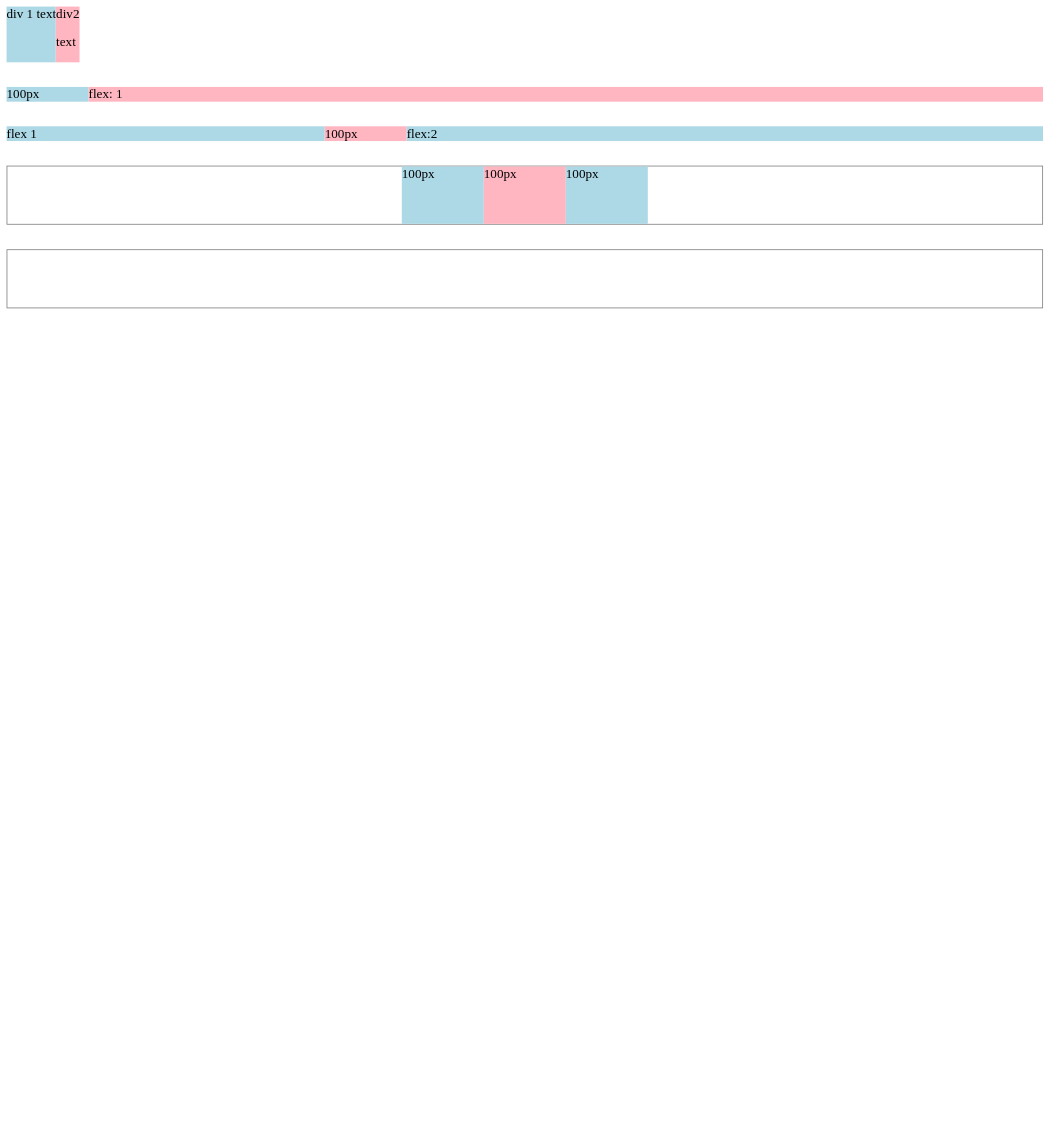
Repository: knowledgeAlan/html-css-twelve
Page: flexbox.html
These files come from the project's save history. The page is drawn as it stood at one moment and after the next save; the edit follows.
The browser window is 1280 px wide. The pictures show the whole page, at 82% of full size.

Above is the page before, as saved 2024-03-11 17:24:48.

After the next save:
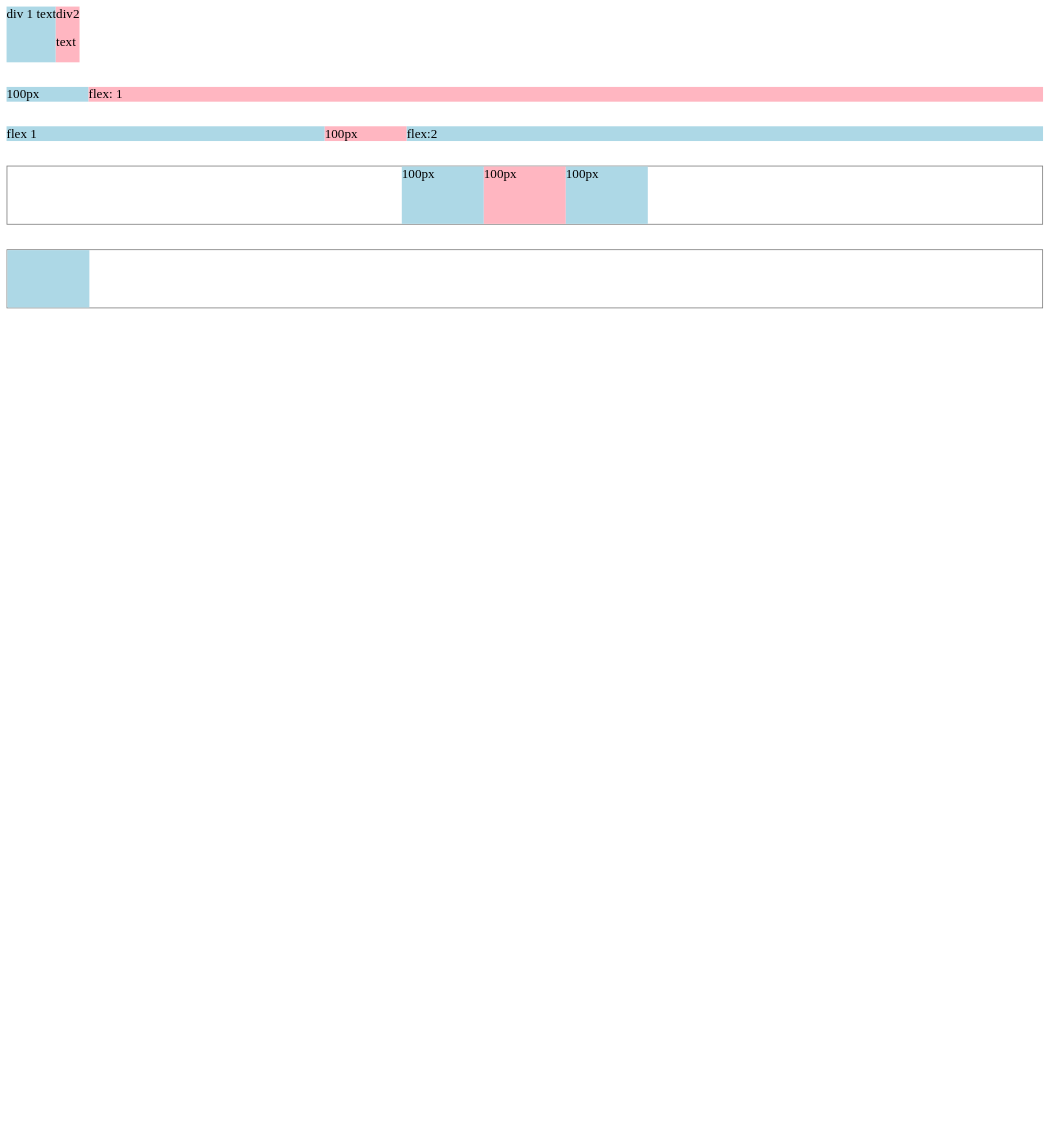
Saved 24 s later.
--- a/flexbox.html
+++ b/flexbox.html
@@ -110,6 +110,9 @@
             justify-content: space-between;
         ">
 
+            <div style="background-color: lightblue; width: 100px;">
+
+            </div>
         </div>
 
     </body>
